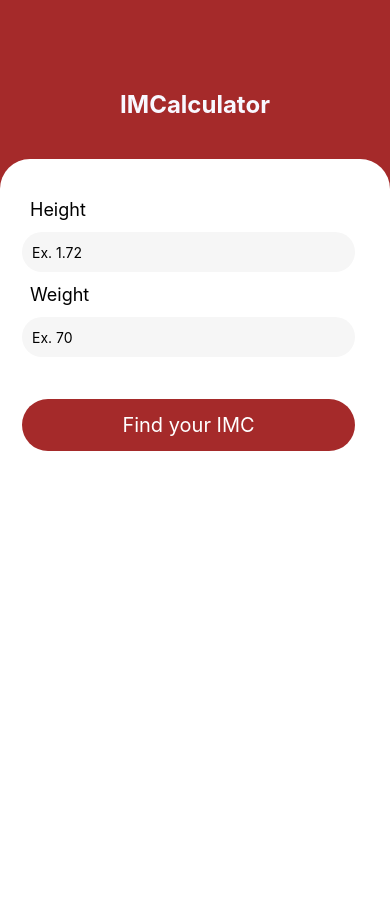
Repository: rubenmatias08/IMCTracker
Screen: /
An editor plug-in stored every save of this project. The screen is shown before and after the next save, followed by the edit.
The app was drawn by React Native's web renderer in a window 390 px wide. The project was rebuilt for these pictures with package versions that can differ from the ones it lists, and the page was loaded fresh each time.

Above is the screen before, as saved 2024-03-11 01:01:14.

### App.js
import { StyleSheet, View } from 'react-native';
import Title from './src/components/Title';
import Form from './src/components/Form/index'

export default function App() {
  return (
    <View style={styles.container}>
      <Title/>
      <Form />
    </View>
  );
}

const styles = StyleSheet.create({
  container: {
    flex: 1,
    backgroundColor: "#A52A2A",
    paddingTop: 80,

  },
});



/*
   alignItems: 'center',
    justifyContent: 'center',

*/

### src/components/Title/index.js
import React from "react";
import { View,Text } from "react-native"; //Componentes
import styles from "./style";

export default function Title(){
    return(
        <View style={styles.boxTitle}>
            <Text style={styles.textTitle}>IMCalculator</Text>
        </View>
    )
}

//Para aplicar a estilização colocamos: style={nomedoficheiroimportado.propriedadeJSON}

### src/components/Form/index.js
import React , {useState} from "react";
import { TextInput, View, Text, TouchableOpacity} from "react-native";
import ResultIMC from "./ResultIMC";
import styles from "./style";


export default function Form(){

    const [height, setHeight] = useState(null); // Altura
    const [weight, setWeight] = useState(null); // Peso
    const [messageIMC, setmessageIMC] = useState(""); // Mensagem que contem o resultado
    const [imc,setIMC] = useState(null); // valor do IMC
    const [textButton, setTextButton] = useState("Find your IMC"); //

    //Calcular o imc é altura x altura a dividir por peso
    //E vamos querer que nos retorne o resultado (toFixed) que é para vir com 2 casas decimais apenas.
    function CalculatorIMC(){
        return setIMC((weight / (height * height)).toFixed(2))
    }

    //Caso os valores tiverem sido preenchidos ele valida, caso contrário temos de avisar o usuário para preencher os dados de altura e peso.
    //Aqui com a condição é: Caso os valores de height e weight sejam diferentes de null, ou seja, estão preenchidos... Chama a função CalculatorIMC() que fará o calculo que depois nos dá o resultado.
    function ValidationIMC(){
        if(height != null && weight != null){
            CalculatorIMC() //Função do calculo
            setHeight(null) //Reset de height para que se faça depois um novo calculo
            setWeight(null) //Reset de weight para que se faça depois um novo calculo
            setmessageIMC("Your IMC is:") //Mensagem para apresentar o resultado
            setTextButton("Try again?") //Botão com mensagem
            return //Depois de tudo isto... Retorna-nos.
        }
        setIMC(null) //caso o peso e altura sejam nulos, colocamos o imc como nulo também para que não haja resposta de possiveis calculos anteriores
        setTextButton("Calculate your IMC") //Para voltar a apresentar o texto original
        setmessageIMC("Tell us your height and weight") //Para voltar a apresentar o texto original

    }


    return(
        <View style={styles.formContent}>
            <View style={styles.form}>
                <Text style={styles.formLabel}>Height</Text>
                <TextInput style= {styles.input}
                onChangeText={setHeight}
                value={height}
                placeholder="Ex. 1.72"
                keyboardType="numeric"
                />

                <Text style={styles.formLabel}>Weight</Text>
                <TextInput style= {styles.input}
                onChangeText={setWeight}
                value={weight}
                placeholder="Ex. 70"
                keyboardType="numeric"
                />

               <TouchableOpacity style={styles.buttonCalculator} onPress={() => ValidationIMC()}>
               <Text style={styles.textButtonCalculator}>{textButton}</Text>
               </TouchableOpacity>

            </View>
            <ResultIMC messageResultImc={messageIMC} resultImc={imc}/>
        </View>
    )
}

//O keyboardType indica qual o tipo de teclado que ele vai abrir
//No <ResultIMC> leva duas props com propriedades dinamicas.


//Antes tinhamos um Button para clicar em vez de TouchOpacity, assim:
//  <Button onPress={() => ValidationIMC()} title={textButton}/>
//mas fizemos diferente e usamos o TouchOpacity porque é mais moderno e melhor. Há várias opções assim, basta ver na documentação do react native.

### src/components/Title/style.js
import { StyleSheet } from "react-native";

const styles = StyleSheet.create( {
    boxTitle: {
        alignItems: "center",
        justifyContent: "center",
        padding: 10,
    },
    textTitle: {
        color:"#F8F8FF",
        fontSize:24,
        fontWeight:"bold"
    }
});

export default styles;

### src/components/Form/ResultIMC/index.js
import React from "react";
import { View , Text } from "react-native";
import styles from "./style";

export default function ResultIMC(props){
    return(
        <View style={styles.ResultIMC}>
            <Text style={styles.information}>{props.messageResultImc}</Text>
            <Text style={styles.numberIMC}>{props.resultImc}</Text>
        </View>
    )
}

//Neste componente vai ser mostrado o resultado do valor de IMC e uma mensagem com o valor desse IMC.

### src/components/Form/style.js
import { StyleSheet } from "react-native";

const styles = StyleSheet.create( {
    formContent: {
        width:"100%",
        height:"100%",
        bottom:0,
        backgroundColor:"#ffffff",
        alignItems:"center",
        borderTopLeftRadius:30,
        borderTopRightRadius:30,
        marginTop:30
    },
    form: {
        width:"100%",
        height:"auto", //Colocando auto, ao colocar novos items ao conteudo ele ajusta.
        marginTop:30,
        padding:10
    },
    formLabel:{
        color:"#000000",
        fontSize:18,
        paddingLeft:20,
    },
    input:{
        width:"90%",
        borderRadius:50,
        backgroundColor:"#f6f6f6",
        height:40,
        margin:12,
        paddingLeft:10,
    },
    buttonCalculator:{
        borderRadius:50,
        alignItems:"center",
        justifyContent:"center",
        width:"90%",
        backgroundColor:"#A52A2A",
        paddingTop:14,
        paddingBottom:14,
        marginLeft:12,
        margin:30

    },
    textButtonCalculator:{
        fontSize:20,
        color: "#ffffff",
    }
});

export default styles;

### src/components/Form/ResultIMC/style.js
import { StyleSheet } from "react-native";

const styles = StyleSheet.create( {
    ResultIMC: {
        flex:1,
        marginTop:15,
        paddingTop:60,
        borderRadius:50,
        alignItems:"center",
        width:"100%",
    },
    numberIMC:{
        fontSize:48,
        color:"#A52A2A",
        fontWeight:"bold"
    },
    information:{
        fontSize:18,
        color:"#A52A2A",
        fontWeight:"bold"
    }
});

export default styles;

After the next save:
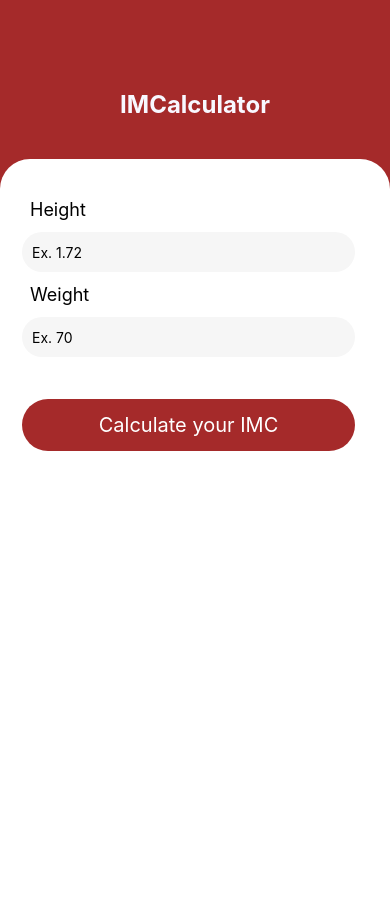
Saved 13 s later.
--- a/src/components/Form/index.js
+++ b/src/components/Form/index.js
@@ -10,7 +10,7 @@ export default function Form(){
     const [weight, setWeight] = useState(null); // Peso
     const [messageIMC, setmessageIMC] = useState(""); // Mensagem que contem o resultado
     const [imc,setIMC] = useState(null); // valor do IMC
-    const [textButton, setTextButton] = useState("Find your IMC"); //
+    const [textButton, setTextButton] = useState("Calculate your IMC"); //
 
     //Calcular o imc é altura x altura a dividir por peso
     //E vamos querer que nos retorne o resultado (toFixed) que é para vir com 2 casas decimais apenas.
